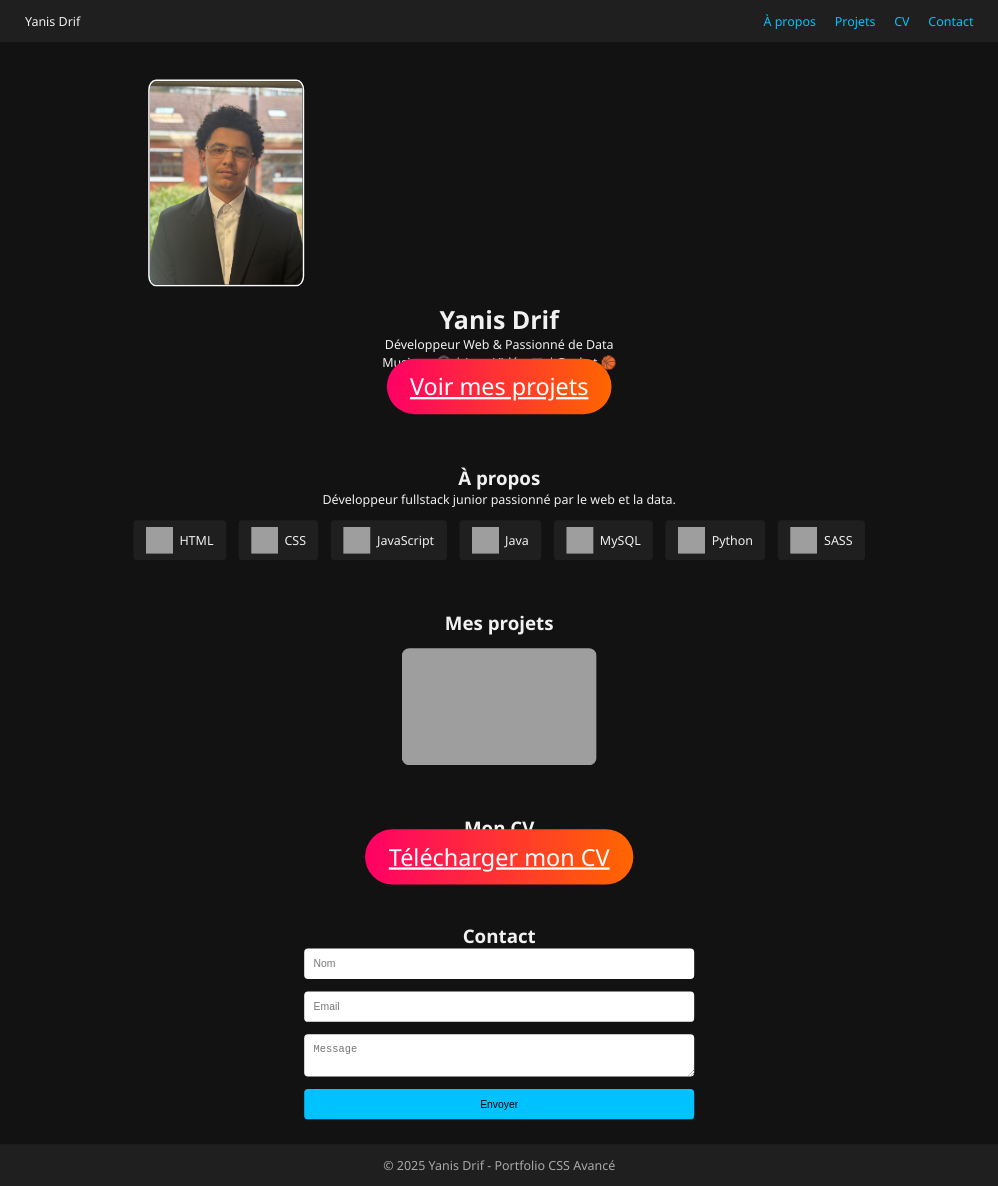
Repository: Yxniiss/ProjetCssAvance
Page: OneDrive/Bureau/Portfolio DrifYanis/home.html
An editor plug-in stored every save of this project. The page is shown before and after the next save, followed by the edit.
The browser window is 1280 px wide. The pictures show the whole page, at 78% of full size.
Pictures or frames that could not be fetched are drawn as grey boxes.

Above is the page before, as saved 2025-04-10 10:22:36.
Console error: TypeError: Cannot set properties of null (setting 'textContent')

### OneDrive/Bureau/Portfolio DrifYanis/home.html
<!DOCTYPE html>
<html lang="fr">
<head>
  <meta charset="UTF-8" />
  <meta name="viewport" content="width=device-width, initial-scale=1.0" />
  <title>Portfolio - Yanis Drif</title>
  <link rel="stylesheet" href="/style.css" />
  <script defer src="/script.js"></script>
</head>
<body>
  <nav class="navbar">
    <div class="logo">Yanis Drif</div>
    <ul class="nav-links">
      <li><a href="#apropos">À propos</a></li>
      <li><a href="#projets">Projets</a></li>
      <li><a href="#cv">CV</a></li>
      <li><a href="#contact">Contact</a></li>
    </ul>
  </nav>

  <header class="hero">
    <div class="hero__content">
      <img src="/image/IMG_0965 (2).jpeg" alt="Photo de profil" class="hero__image" />
      <h1 class="hero__name">Yanis Drif</h1>
      <p class="hero__tagline">Développeur <span>Web</span> & Passionné de Data</p>
      <p class="hero__desc">Musique 🎧 | Jeux Vidéo 🎮 | Basket 🏀</p>
      <a href="#projets" class="btn">Voir mes projets</a>
    </div>
  </header>

  <section id="apropos" class="section about">
    <h2>À propos</h2>
    <p>Développeur fullstack junior passionné par le web et la data.</p>
    <div class="skills">
      <div class="skill"><img src="https://devicon-website.vercel.app/api/html5/original-wordmark.svg" alt="HTML">HTML</div>
      <div class="skill"><img src="https://devicon-website.vercel.app/api/css3/original-wordmark.svg" alt="CSS">CSS</div>
      <div class="skill"><img src="https://devicon-website.vercel.app/api/javascript/original.svg" alt="JavaScript">JavaScript</div>
      <div class="skill"><img src="https://devicon-website.vercel.app/api/java/original-wordmark.svg" alt="Java">Java</div>
      <div class="skill"><img src="https://devicon-website.vercel.app/api/mysql/plain-wordmark.svg" alt="MySQL">MySQL</div>
      <div class="skill"><img src="https://devicon-website.vercel.app/api/python/original-wordmark.svg" alt="Python">Python</div>
      <div class="skill"><img src="https://devicon-website.vercel.app/api/sass/original.svg" alt="SASS">SASS</div>
    </div>
  </section>

  <section id="projets" class="section projets">
    <h2>Mes projets</h2>
    <div class="projects carousel">
      <img src="img/Capture d'écran 2025-04-09 23345.png" alt="Projet 1"/>
      <img src="/img/Capture d'écran 2025-04-09 12402 (1).png" alt="Projet 2" />
      <img src="/img/ChatGPT Image 9 avr. 2025, 23_49_51.png" alt="Projet 3" />
    </div>
  </section>

  <section id="cv" class="section cv">
    <h2>Mon CV</h2>
    <a href="/doc/CV Yanis (1) (1).pdf" download class="btn">Télécharger mon CV</a>
  </section>

  <section id="contact" class="section contact">
    <h2>Contact</h2>
    <form class="contact-form">
      <input type="text" placeholder="Nom" required />
      <input type="email" placeholder="Email" required />
      <textarea placeholder="Message" required></textarea>
      <button type="submit">Envoyer</button>
    </form>
  </section>

  <footer>
    <p>&copy; 2025 Yanis Drif - Portfolio CSS Avancé</p>
  </footer>
</body>
</html>

### OneDrive/Bureau/Portfolio DrifYanis/style.css
* {
    margin: 0;
    padding: 0;
    box-sizing: border-box;
  }

  body {
    font-family: "Segoe UI", sans-serif;
    background-color: #121212;
    color: #f1f1f1;
  }

  .navbar {
    display: flex;
    justify-content: space-between;
    padding: 1rem 2rem;
    background-color: #1f1f1f;
  }

  .nav-links {
    display: flex;
    list-style: none;
    gap: 1.5rem;
  }

  .nav-links a {
    color: #00c2ff;
    text-decoration: none;
  }

  .hero {
    padding: 3rem 1rem;
    text-align: center;
  }

  .hero__image {
    border-radius: 5%;
    width: 200px;
    border: 2px solid #ffffff;
    margin-bottom: 1rem;
    position: relative;
    right:350px ;
  }

  .section {
    padding: 2rem 1rem;
    text-align: center;
  }

  .projects {
    display: flex;
    justify-content: center;
    gap: 1rem;
    flex-wrap: wrap;
    margin-top: 1rem;
  }

  .projects img {
    width: 250px;
    height: 150px;
    -o-object-fit: cover;
       object-fit: cover;
    border-radius: 10px;
  }

  .skills {
    display: flex;
    flex-wrap: wrap;
    gap: 1rem;
    justify-content: center;
    margin-top: 1rem;
  }

  .skill {
    display: flex;
    align-items: center;
    gap: 0.5rem;
    background-color: #1f1f1f;
    padding: 0.5rem 1rem;
    border-radius: 5px;
  }

  .skill img {
    width: 35px;
    height: 35px;
  }

  footer {
    padding: 1rem;
    text-align: center;
    background-color: #1f1f1f;
    color: #aaa;
  }

  .btn {
    padding: 15px 30px;
    font-size: 30px;
    color:white;
    background: linear-gradient(90deg, #ff0066, #ff6600);
    border:none;
    border-radius: 50px;
    cursor: pointer;
    box-shadow: 0 4px 15px rgba(255,0,102,0);
    transition: box-shadow 0.3s ease, transform 0.3s ease;
  }

  .btn:hover{
    box-shadow: 0 10px 20px rgba(255,0,102,0.5);
    transform: translateY(-3px);
  }

  .contact-form {
    max-width: 500px;
    margin: auto;
    display: flex;
    flex-direction: column;
    gap: 1rem;
  }

  .contact-form input,
  .contact-form textarea {
    padding: 0.75rem;
    border: none;
    border-radius: 5px;
  }

  .contact-form button {
    background-color: #00c2ff;
    color: #000;
    padding: 0.75rem;
    border: none;
    border-radius: 5px;
    cursor: pointer;
  }

  .start h1{
    text-align: left;
    margin-top: 100px;
    font-size: 35px;
    margin-left: 100px;
  }

  .start h2{
    text-align: left;
    margin-top: 1px;
    font-size: 70px;
    margin-left: 100px;
  }

  .start h3{
    text-align: left;
    margin-top: 1px;
    font-size: 35px;
    margin-left: 100px;
  }

  #mot {
    color:#00c2ff;
  }

  #cursor{
    display: inline-block;
    width: 10px;
    background-color:black;
    animation: blink 0.8s step-end infinite;
  }

  @keyframes blink{
    50% {
      opacity: 0;
    }
  }

  @keyframes typing{
    from{
      width: 0;
    }
    to{
      width: 100%;
    }
  }

  #main{
    opacity: 0;
    transform: translateY(0);
    transition: opacity 5s ease, transform 5s ease;
  }

  body.loaded #main{
    opacity: 1;
    transform: translateY(0);
  }


  .start p{
    text-align: left;
    margin-left: 100px;
    margin-top: 20px;
    font-size: 20px;
  }

  .ntwrks {
    position: absolute;
    top: 410px;
    left: 110px;
    display: flex;
    flex-wrap: wrap;
    gap: 1rem;
  }

  .ntwrk {
    display: flex;
    align-items: center;
    gap: 0.5rem;
    background-color: #1f1f1f;
    padding: 1rem 1rem;
    border-radius: 100px;
    transition: 0.3s ease, opacity 0.3s ease;
  }

  .ntwrk:hover{
    transform: scale(1.2);
    opacity: 0.8;
  }

  .ntwrk img {
    width: 30px;
    height: 30px;
  }

  .modern-button{
    background-color:#00c2ff;
    font-size: 16px;
    font-weight: bold;
    border:none;
    padding: 15px 30px;
    border-radius: 25px;
    cursor: pointer;
    outline: none;
    position: relative;
    right:550px;
    top:120px;
    animation:glow 1.5s infinite alternate;
    transition: 0.3s ease, opacity 0.3s ease;
  }

  .modern-button a{
    color:white;
    text-decoration: none;
  }

  .modern-button:hover{
    transform: scale(1.2);
    opacity: 1;
  }

  @keyframes glow{
    0%{
      box-shadow: 0 0 10px 5px rgba(0, 194, 255, 0.6), 0 0 20px 10px rgba(0, 194, 255, 0.4);
    }
    100%{
      box-shadow: 0 0 20px 10px rgba(0, 194, 255, 1), 0 0 30px 15px rgba(0, 194, 255, 0.8);
    }
  }

  .image{
    max-width: 30%;
    position: relative;
    bottom: 350px;
    left: 350px;
  }

### OneDrive/Bureau/Portfolio DrifYanis/script.js

document.addEventListener('DOMContentLoaded', () => {
    // Scroll fluide
    document.querySelectorAll('a[href^="#"]').forEach(anchor => {
      anchor.addEventListener('click', function (e) {
        e.preventDefault();
        const target = document.querySelector(this.getAttribute('href'));
        if (target) {
          target.scrollIntoView({ behavior: 'smooth' });
        }
      });
    });

    // Carrousel automatique
    const images = document.querySelectorAll('.carousel img');
    let currentIndex = 0;

    function showSlide(index) {
      images.forEach((img, i) => {
        img.style.display = i === index ? 'block' : 'none';
      });
    }

    function nextSlide() {
      currentIndex = (currentIndex + 1) % images.length;
      showSlide(currentIndex);
    }

    if (images.length > 0) {
      showSlide(currentIndex);
      setInterval(nextSlide, 3000); // change every 3 seconds
    }
  });

  const mot = ["Etudiant", "Developpeur web", "Pasionné de code","Developpeur fullstack"];
  let index = 0;
  const element = document.getElementById("mot");
  const cursor = document.getElementById("cursor");

  let typingInterval;
  let currentWord = "";
  let currentCharIndex = 0;

  function  commencerTypingAnimation(){
    currentWord=mot[index];
    currentCharIndex = 0;
    element.textContent = '';

    typingInterval = setInterval(() =>{
      element.textContent += currentWord.charAt(currentCharIndex);
      currentCharIndex++;

      if(currentCharIndex === currentWord.length){
        clearInterval(typingInterval);
        setTimeout(changerMot,1000);
      }
    },150);
  }

  function changerMot(){
    element.textContent=mot[index];
    index++;
    if(index===mot.length){
      index=0;
    }
    commencerTypingAnimation();
  }
  commencerTypingAnimation();

  window.addEventListener('load', function () {
    document.body.classList.add('loaded');
  });

After the next save:
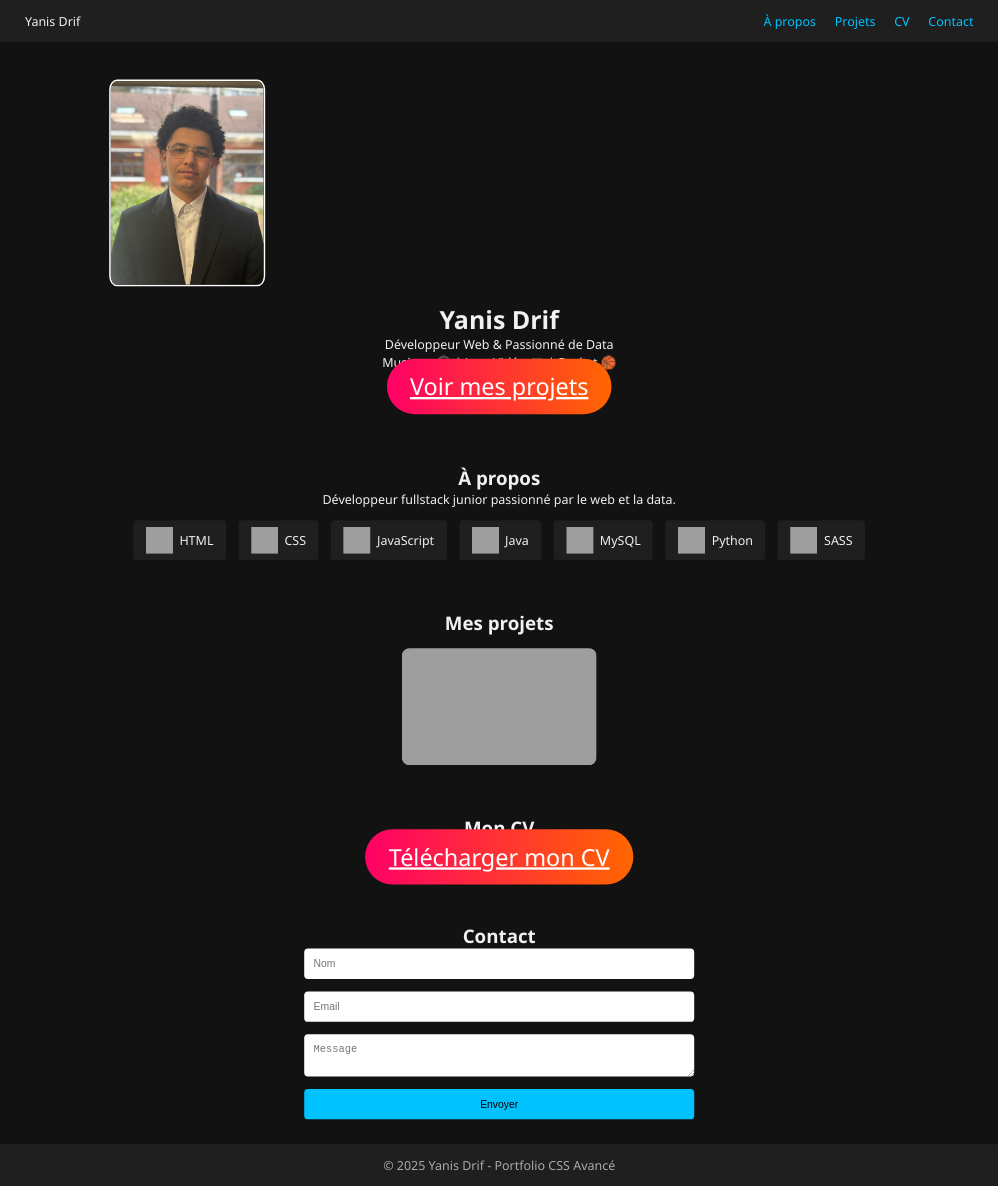
Saved 8 s later.
--- a/OneDrive/Bureau/Portfolio DrifYanis/style.css
+++ b/OneDrive/Bureau/Portfolio DrifYanis/style.css
@@ -39,7 +39,7 @@
     border: 2px solid #ffffff;
     margin-bottom: 1rem;
     position: relative;
-    right:350px ;
+    right:400px ;
   }
 
   .section {
